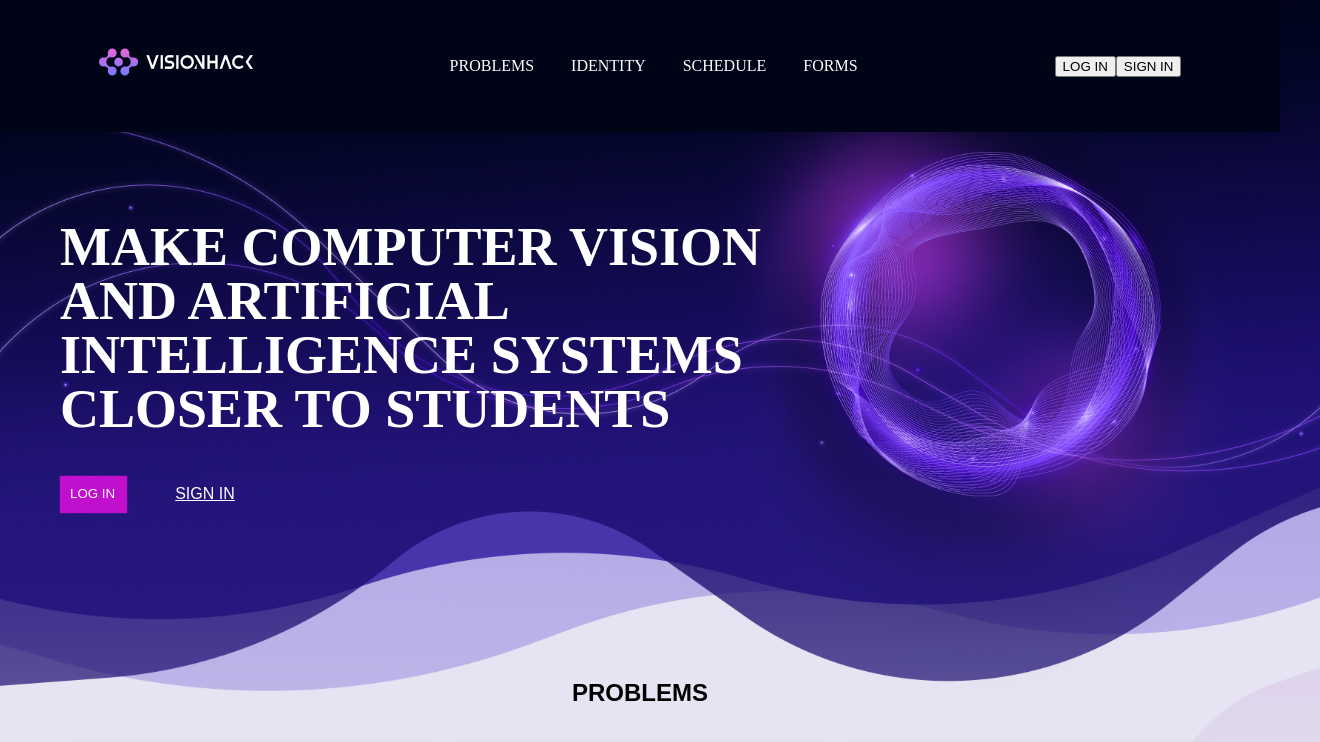
Repository: krmvz/VisionHack
Page: /
These files come from the project's save history. The page is drawn as it stood at one moment and after a run of saves; the edit follows.
The browser window is 1280 px wide. The page is 1320 px wide, then 1280 px, so the pictures cover 1320 px, including what lies to the right of the window. The pictures show the part of the page from y = 0 to 742 px (the page is 2780 px tall).
Pictures or frames that could not be fetched are drawn as grey boxes. The project was rebuilt for these pictures with package versions that can differ from the ones it lists, and the page was loaded fresh each time.

Above is the page before, as saved 2024-05-30 12:20:13.

After the next 2 saves:
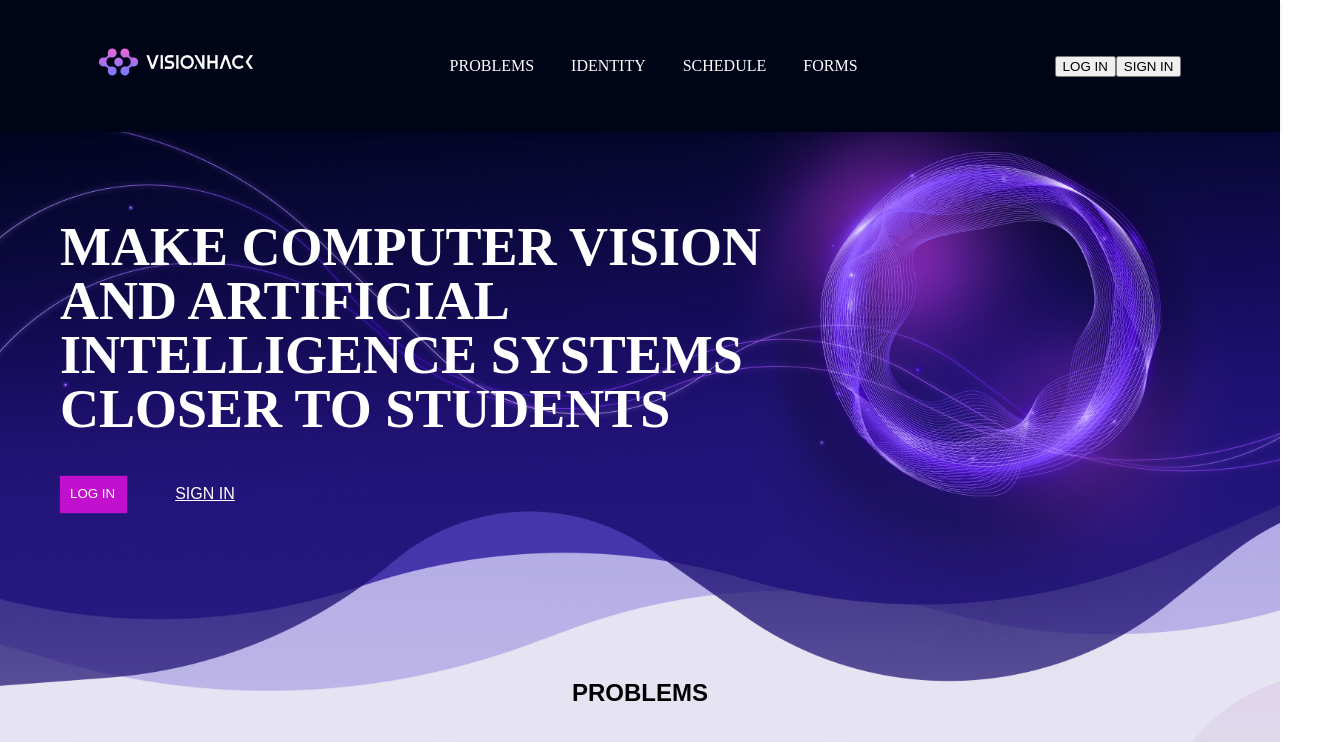
The 2 saves are shown as one change because they came seconds apart.
The last was saved 11 s later.
--- a/src/components/Form/Forms.scss
+++ b/src/components/Form/Forms.scss
@@ -1,5 +1,5 @@
 .forms{
-    margin: 100px 0px 0px 400px;
+    margin: 100px 0px 0px 300px;
     width: 500px;
     display: flex;
     flex-direction: column;
